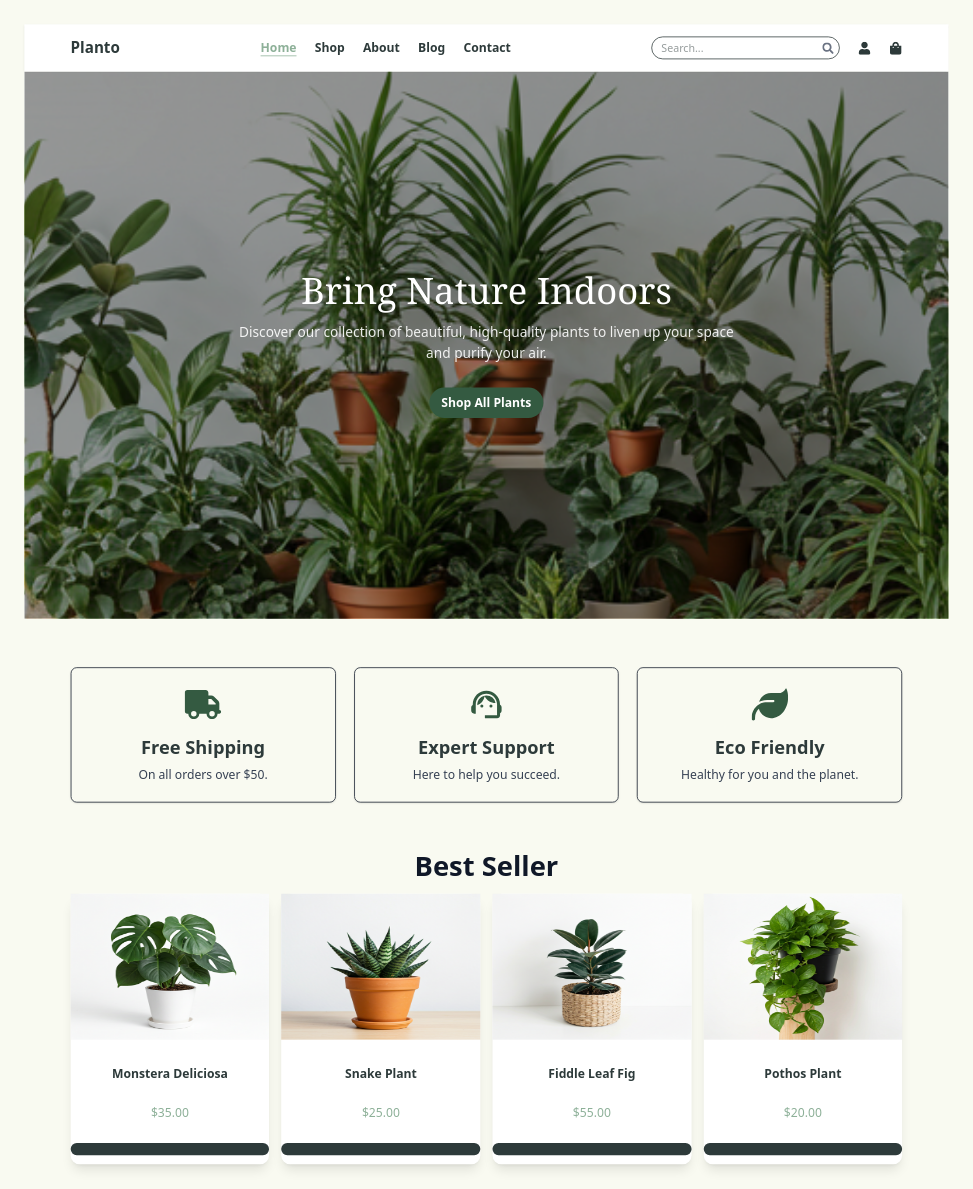
Repository: mazenessam99/Planto
Page: /
These files come from the project's save history. The page is drawn as it stood at one moment and after a run of saves; the edit follows.
The browser window is 1280 px wide. The pictures show the whole page, at 76% of full size.
The project was rebuilt for these pictures with package versions that can differ from the ones it lists, and the page was loaded fresh each time. Also part of the build but not shown: vite.config.js.

Above is the page before, as saved 2025-11-22 23:07:22.

After the next 9 saves:
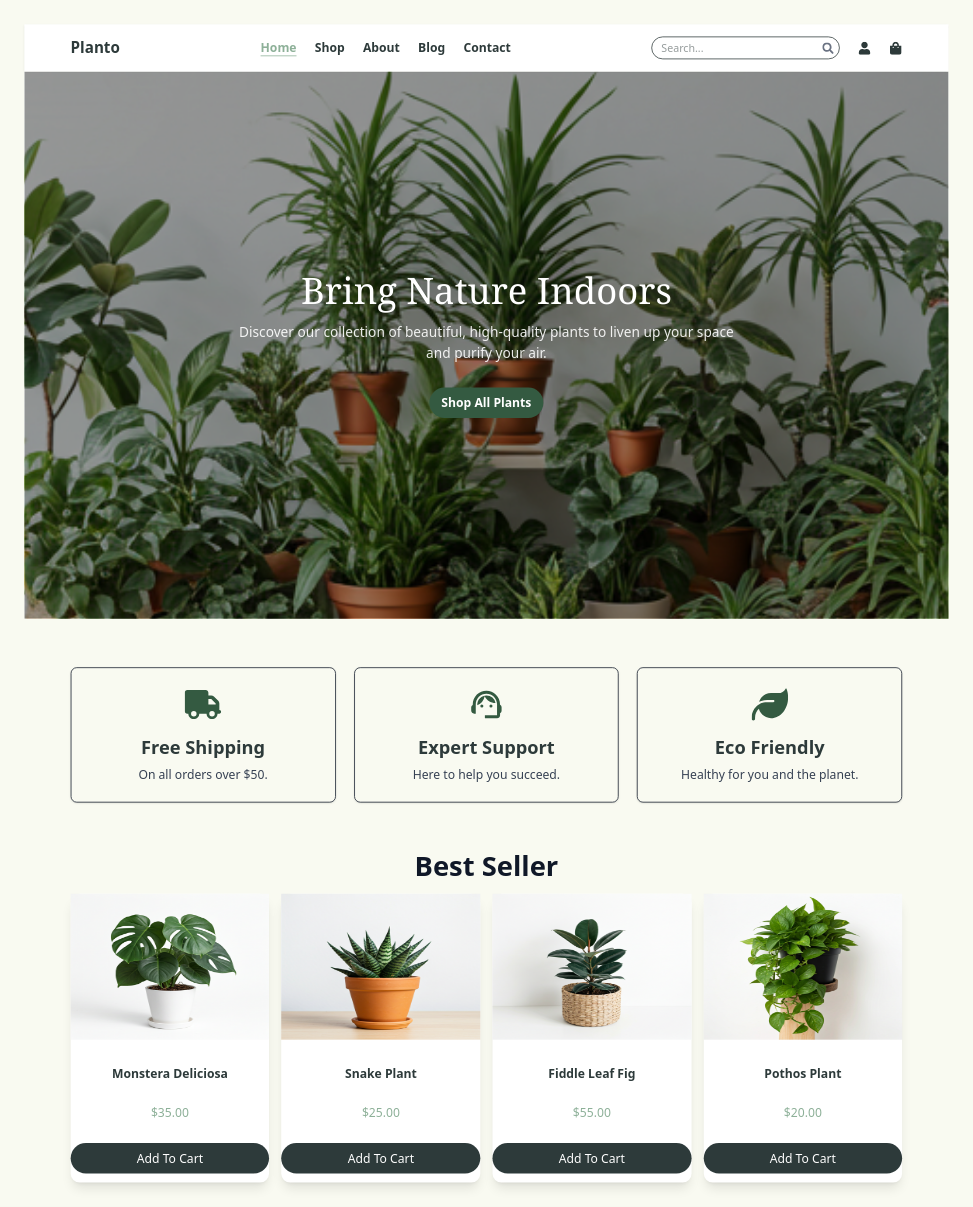
The 9 saves are shown as one change because they came seconds apart.
The last was saved 31 s later.
--- a/src/components/ui/ProductCard.jsx
+++ b/src/components/ui/ProductCard.jsx
@@ -9,7 +9,9 @@ const ProductCard = ({src,title,price,showButton=true,buttonText='Add To Cart'})
       <h3 className="mt-4 font-bold text-primary">{title}</h3>
       <p className="mt-3 text-secondary">{price}</p>
       {showButton&&(
-        <Button className="my-3 w-full"/>
+        <Button className="my-3 w-full">
+          {buttonText}
+        </Button>
       )}
 
     </div>
